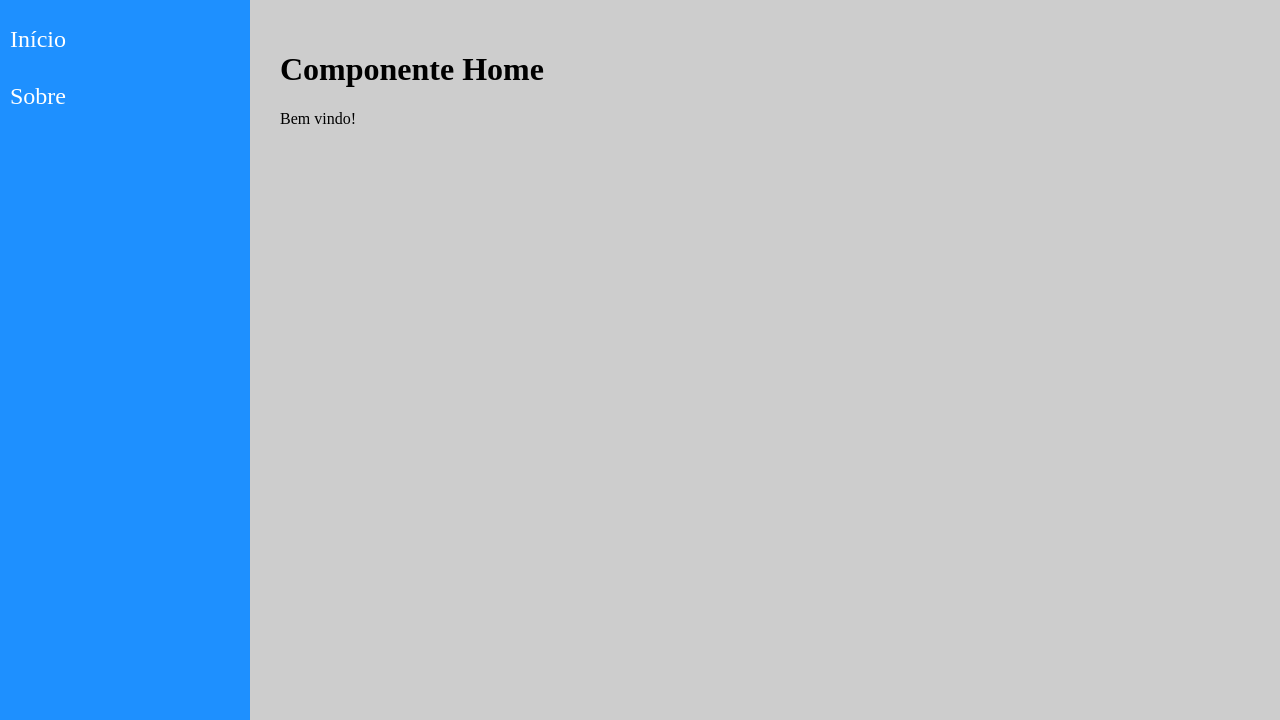
Repository: jean-siqueira/react-navegacao
Page: /
The author's editor kept a copy of each file at every save. The page is drawn from the files as they stood at one save, then again after the next save.
The browser window is 1280 px wide. The pictures show the whole page.
The project was rebuilt for these pictures with package versions that can differ from the ones it lists, and the page was loaded fresh each time.

Above is the page before, as saved 2023-03-27 19:44:28.

After the next save:
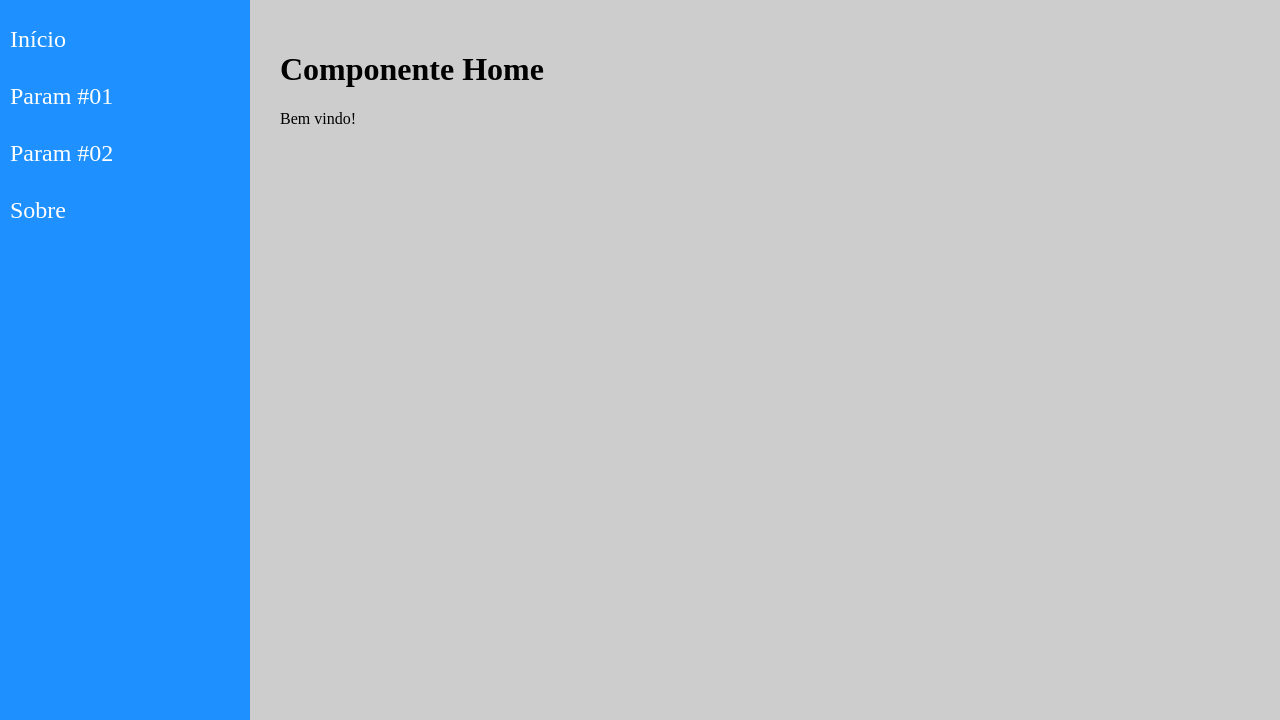
Saved 35 s later.
--- a/src/components/layout/Menu.jsx
+++ b/src/components/layout/Menu.jsx
@@ -10,7 +10,13 @@ const Menu = props => (
                     <Link to="/">Início</Link>
                 </li>
                 <li>
-                    <Link to="/sobre">Sobre</Link>
+                    <Link to="/param">Param #01</Link>
+                </li>
+                <li>
+                    <Link to="/param">Param #02</Link>
+                </li>
+                <li>
+                    <Link to="/about">Sobre</Link>
                 </li>
             </ul>
         </nav>
